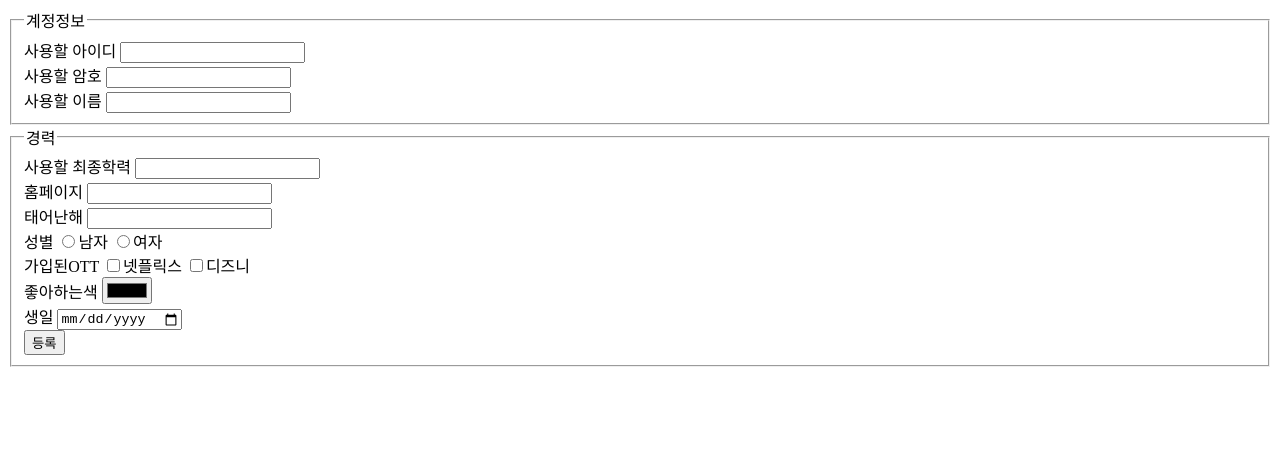
Repository: ybshim90/sesac1
Page: day_20211217_01_web/src/main/webapp/regist.html
The author's editor kept a copy of each file at every save. The page is drawn from the files as they stood at one save, then again after the next save.
The browser window is 1280 px wide. The pictures show the whole page.

Above is the page before, as saved 2021-12-17 06:10:53.

### day_20211217_01_web/src/main/webapp/regist.html
<!DOCTYPE html>
<html>
	<head>
		<meta charset="UTF-8">
		<title>Insert title here</title>
	</head>
	<body>
		<form action="jsp/form1.jsp" method="get">
			<fieldset>
				<legend>계정정보</legend>
				<label> 사용할 아이디
					<input type="text" name="memid">
				</label><br>

				<label for="id_pw">사용할 암호</label>
				<input type="password" name="mempw" id="id_pw"><br>

				사용할 이름
				<input type="text" name="memname"><br>

			</fieldset>

			<fieldset>
				<legend>경력</legend>

				<label>사용할 최종학력
					<input type="search" name="keyword">
				</label><br>

				<label>홈페이지
					<input type="url" name="homepage">
				</label><br>

				<label>태어난해
					<input type="number" name="birthYear">
				</label><br>

				<label>성별
					<input type="radio" value="male" name="gender">남자
					<input type="radio" value="female" name="gender">여자
				</label><br>

				<label>가입된OTT
					<input type="checkbox" name="ott" value="netflix">넷플릭스
					<input type="checkbox" name="ott" value="disney">디즈니
				</label><br>

				<label>좋아하는색
					<input type="color" name="color">
				</label><br>

				<label>생일
					<input type="date" name="birthdate">
				</label><br>

				<input type="submit" value="등록">
			</fieldset>
		</form>
	</body>
</html>

After the next save:
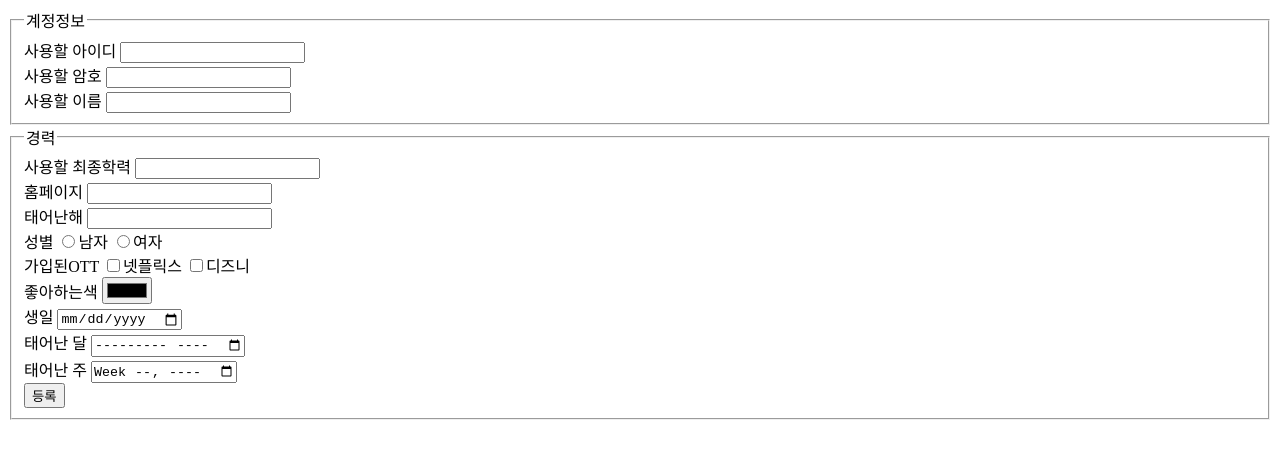
Saved 61 s later.
--- a/day_20211217_01_web/src/main/webapp/regist.html
+++ b/day_20211217_01_web/src/main/webapp/regist.html
@@ -53,6 +53,14 @@
 					<input type="date" name="birthdate">
 				</label><br>
 
+				<label>태어난 달
+					<input type="month" name="birthmonth">
+				</label><br>
+
+				<label>태어난 주
+					<input type="week" name="birth">
+				</label><br>
+
 				<input type="submit" value="등록">
 			</fieldset>
 		</form>
